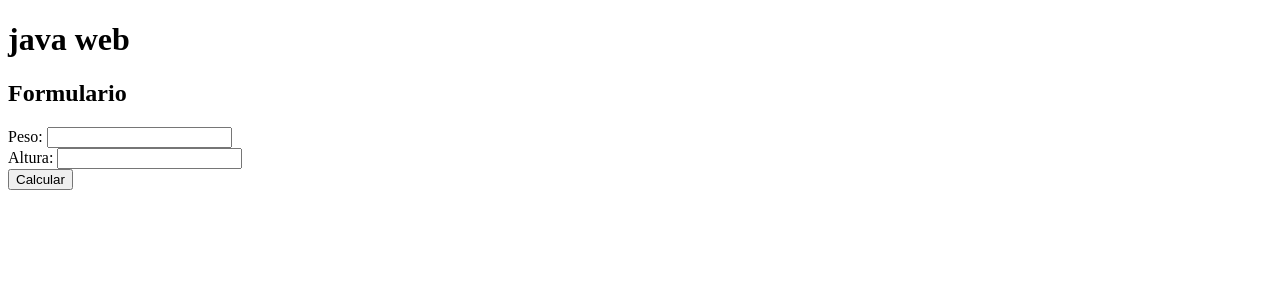
Repository: nonBota/Java_web
Page: aaa/src/main/webapp/index.html
These files come from the project's save history. The page is drawn as it stood at one moment and after the next save; the edit follows.
The browser window is 1280 px wide. The pictures show the whole page.

Above is the page before, as saved 2024-01-24 22:30:37.

After the next save:
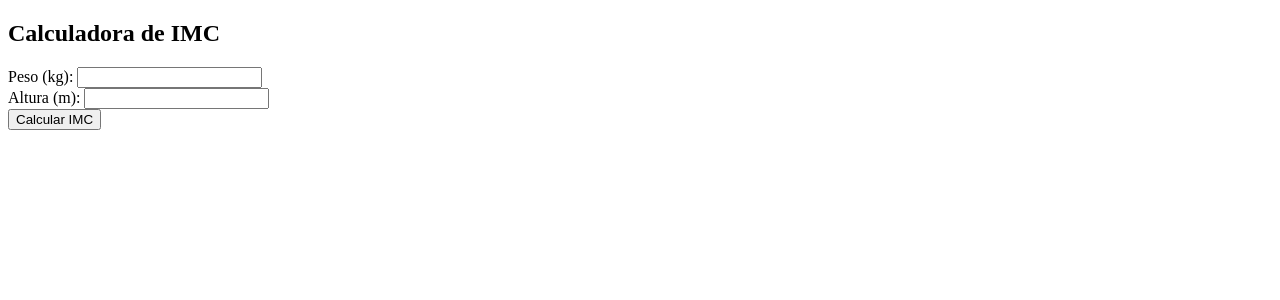
Saved 4 min 17 s later.
--- a/aaa/src/main/webapp/index.html
+++ b/aaa/src/main/webapp/index.html
@@ -1,17 +1,21 @@
 <!DOCTYPE html>
 <html>
 <head>
-<meta charset="ISO-8859-1 ">
-<title>Rodando Java WEB</title>
+    <title>Calculadora de IMC</title>
 </head>
 <body>
-<h1>java web</h1>
 
-<h2>Formulario</h2>
-<form method="POST" action="">
-Peso: <input type="text" name="peso"/><br/>
-Altura: <input type="text" name="altura"/><br/>
-<input type="submit" value="Calcular"/><br/>
+<h2>Calculadora de IMC</h2>
+
+<form action="/sua-aplicacao/calcular-imc" method="post">
+    <label for="peso">Peso (kg):</label>
+    <input type="text" id="peso" name="peso" required>
+    <br>
+    <label for="altura">Altura (m):</label>
+    <input type="text" id="altura" name="altura" required>
+    <br>
+    <input type="submit" value="Calcular IMC">
 </form>
+
 </body>
 </html>
